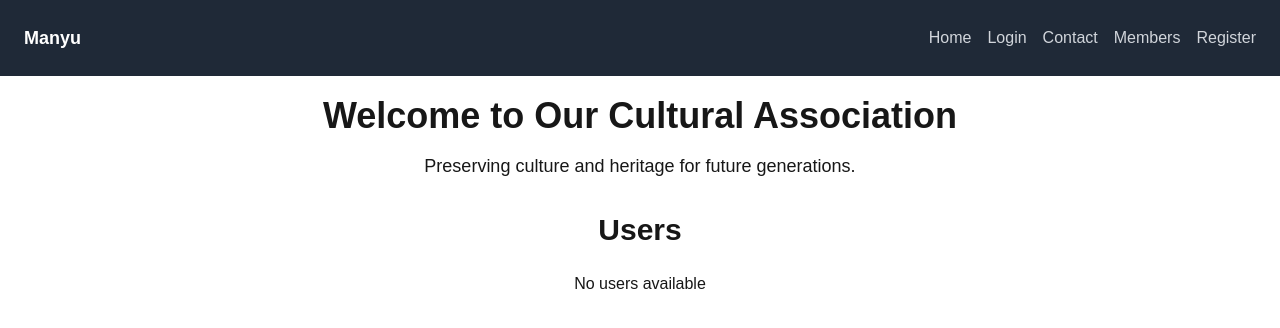
Repository: MichaelNkong/cultural-association-frontend
Page: /
These files come from the project's save history. The page is drawn as it stood at one moment and after the next save; the edit follows.
The browser window is 1280 px wide. The pictures show the whole page.
The page's requests for data from a server got no answer. The project was rebuilt for these pictures with package versions that can differ from the ones it lists, and the page was loaded fresh each time. The framework's server and built-in components were replaced by stand-ins that run in the browser. No one was signed in, and anything a server would have sent is missing. Also part of the build but not shown: next.config.js.

Above is the page before, as saved 2025-03-04 16:45:22.

After the next save:
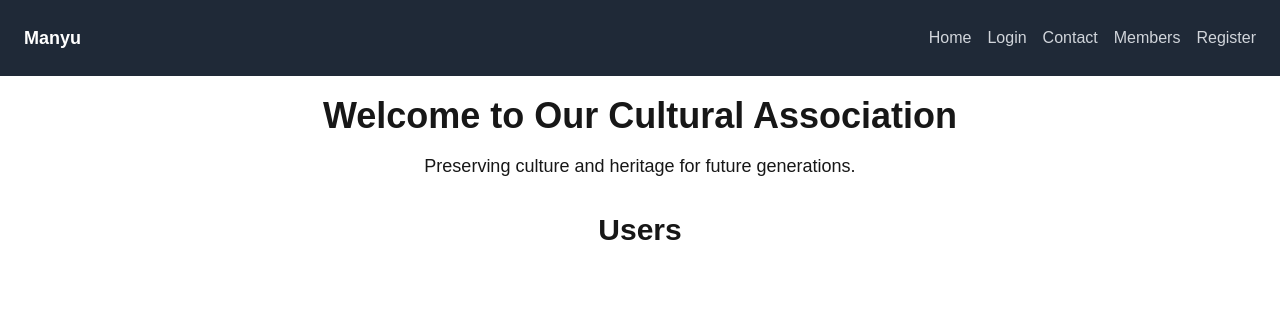
Saved 68 s later.
--- a/app/page.tsx
+++ b/app/page.tsx
@@ -18,17 +18,6 @@ export default async function Home() {
 
       <h2 className="text-3xl font-bold mt-8 ">Users</h2>
       </div>
-      <ul className="mt-4 list-disc list-inside text-center">
-        {users.length > 0 ? (
-          users.map((user: { id: number; username: string }, index: number) => (
-            <li key={index}>
-              <p className="text-blue-500">{user.username}</p>
-            </li>
-          ))
-        ) : (
-          <p>No users available</p>
-        )}
-      </ul>
 
       </div>
 
